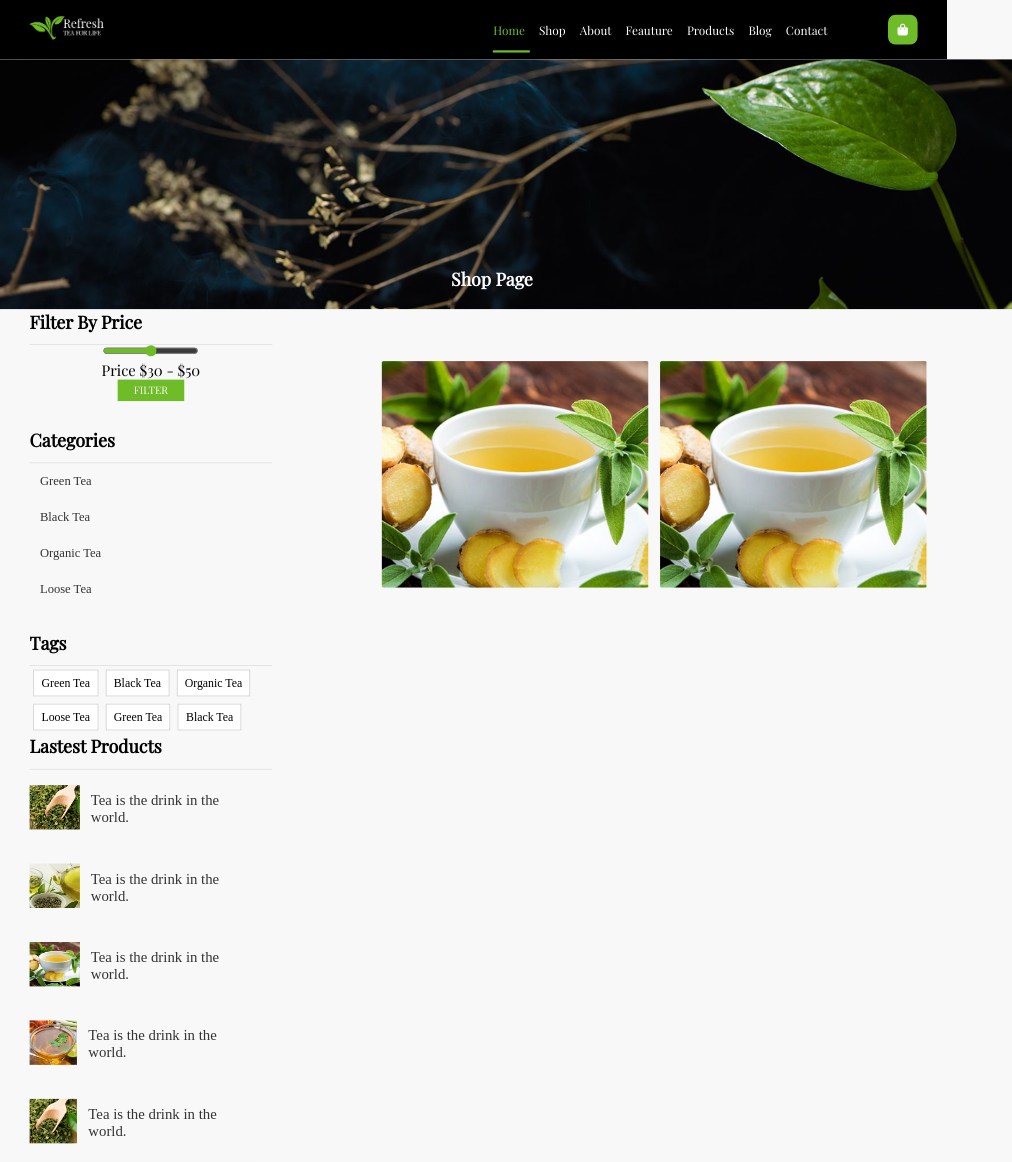
Repository: 52hzwhaleblue/school_teashop
Page: shop.html
An editor plug-in stored every save of this project. The page is shown before and after the next save, followed by the edit.
The browser window is 1280 px wide. The page is 1368 px wide, so the pictures cover 1368 px, including what lies to the right of the window. The pictures show the whole page, at 74% of full size.
Some web libraries are served in a nearby version.

Above is the page before, as saved 2022-05-04 22:54:26.

After the next save:
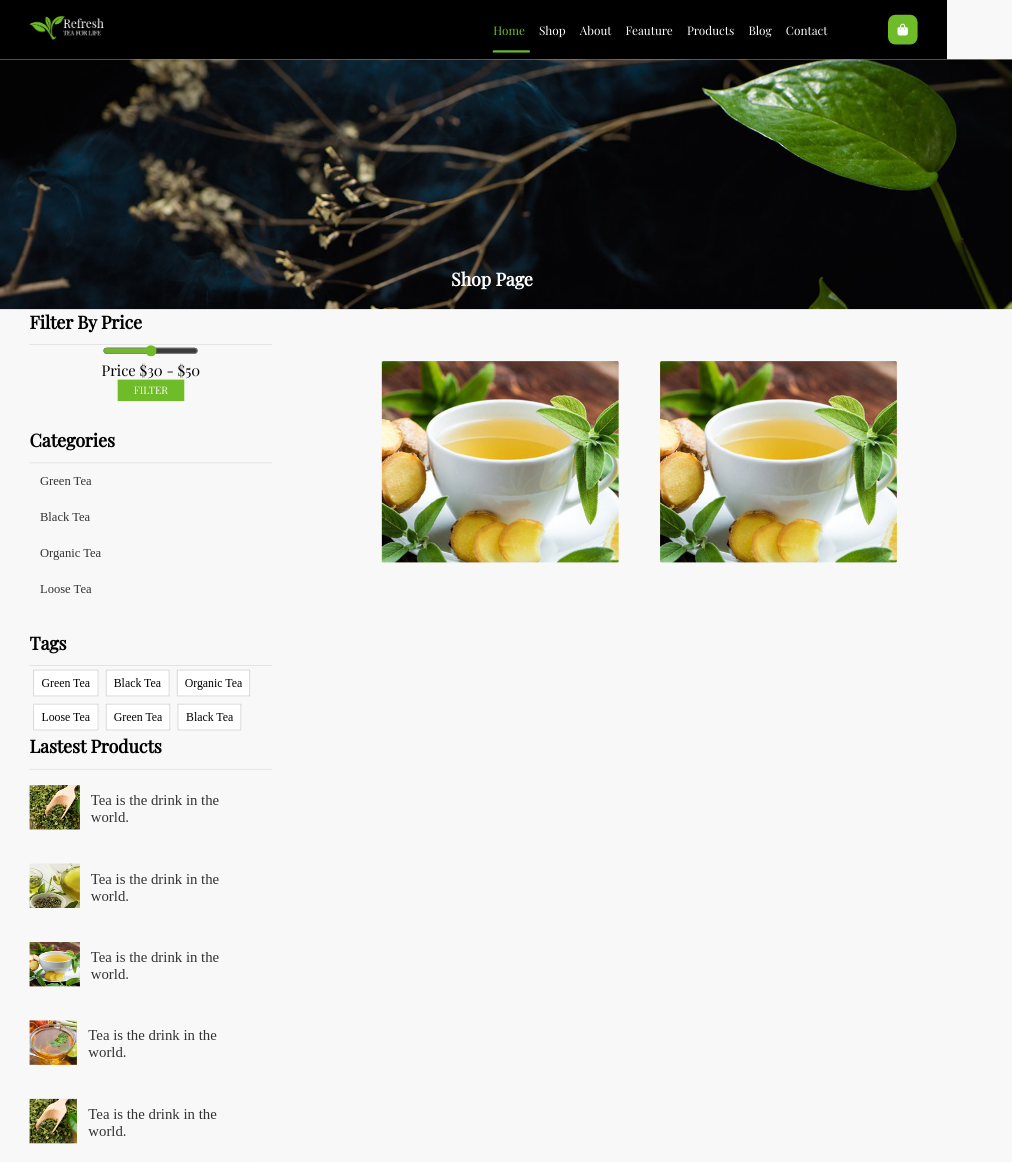
Saved 7 s later.
--- a/style.css
+++ b/style.css
@@ -738,7 +738,7 @@ ul{
     margin-bottom: 50px;
 }
 .shop img{
-    width: 180%;
+    width: 160%;
     height: auto;
     display: block;
     margin: auto;
